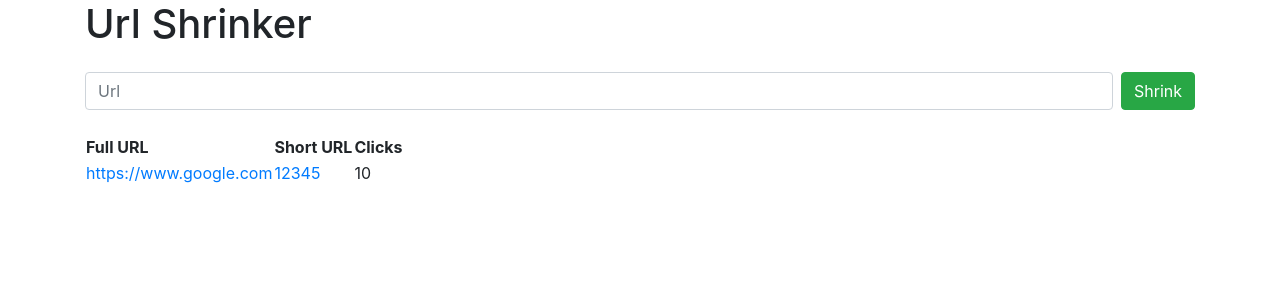
Repository: mohamediyas/urlShorter
Page: http://localhost/
The author's editor kept a copy of each file at every save. The page is drawn from the files as they stood at one save, then again after the next save.
The browser window is 1280 px wide. The pictures show the whole page.
The page is served by the project's Node server (index.js).

Above is the page before, as saved 2022-10-22 13:36:44.

### views/index.ejs
<!DOCTYPE html>
<html lang="en">
  <head>
    <meta charset="UTF-8" />
    <meta http-equiv="X-UA-Compatible" content="IE=edge" />

    <meta name="viewport" content="width=device-width, initial-scale=1.0" />

    <title>Document</title>
    <link
      rel="stylesheet"
      href="https://stackpath.bootstrapcdn.com/bootstrap/4.4.1/css/bootstrap.min.css"
      integrity="sha384-Vkoo8x4CGsO3+Hhxv8T/Q5PaXtkKtu6ug5TOeNV6gBiFeWPGFN9MuhOf23Q9Ifjh"
      crossorigin="anonymous"
    />
  </head>

  <body>
    <div class="container">
      <h1>Url Shrinker</h1>

      <form action="" method="post" class="my-4 form-inline">
        <label class="sr-only" for="fullUrl">Url</label>
        <input
          placeholder="Url"
          required
          type="url"
          name="fullUrl"
          id="fullUrl"
          class="form-control col mr-2"
        />
        <button class="btn btn-success" type="submit">Shrink</button>
      </form>

      <table>
        <thead>
          <tr>
            <th>Full URL</th>
            <th>Short URL</th>
            <th>Clicks</th>
          </tr>
        </thead>

        <tbody>
          <tr>
            <td>
              <a href="https://www.google.com">https://www.google.com</a>
            </td>
            <td>
              <a href="/12345">12345</a>
            </td>
            <td>10</td>
          </tr>
        </tbody>
      </table>
    </div>
  </body>
</html>

### index.js
const express = require("express");
const path = require("path");

const app = express();

app.set("view engine", "ejs");
// app.set("views", path.join(__dirname, "views"));

app.get("/", (req, res) => {
  res.render("index");
});

app.listen(process.env.PORT || 5000);

After the next save:
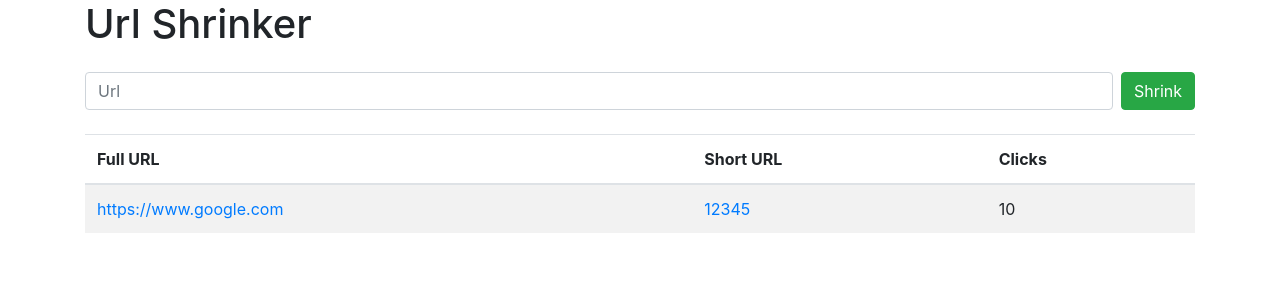
Saved 41 s later.
--- a/views/index.ejs
+++ b/views/index.ejs
@@ -32,7 +32,7 @@
         <button class="btn btn-success" type="submit">Shrink</button>
       </form>
 
-      <table>
+      <table class="table table-striped">
         <thead>
           <tr>
             <th>Full URL</th>
